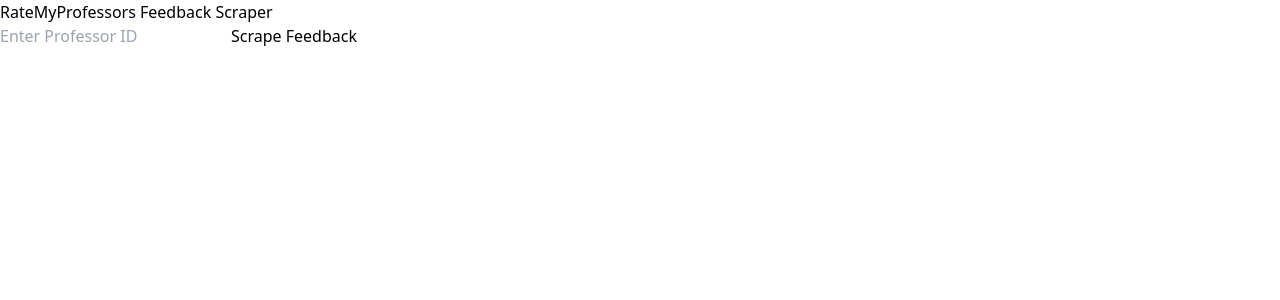
Repository: rakeshpuppala2590/Rate-my-professor
Page: /professor
These files come from the project's save history. The page is drawn as it stood at one moment and after the next save; the edit follows.
The browser window is 1280 px wide. The pictures show the whole page.
The project was rebuilt for these pictures with package versions that can differ from the ones it lists, and the page was loaded fresh each time. Some packages were replaced by stand-ins written for this rebuild. The framework's server and built-in components were replaced by stand-ins that run in the browser. Also part of the build but not shown: next.config.mjs, app/components/Navbar.js, app/components/Hero.js.

Above is the page before, as saved 2024-08-23 13:34:57.

After the next save:
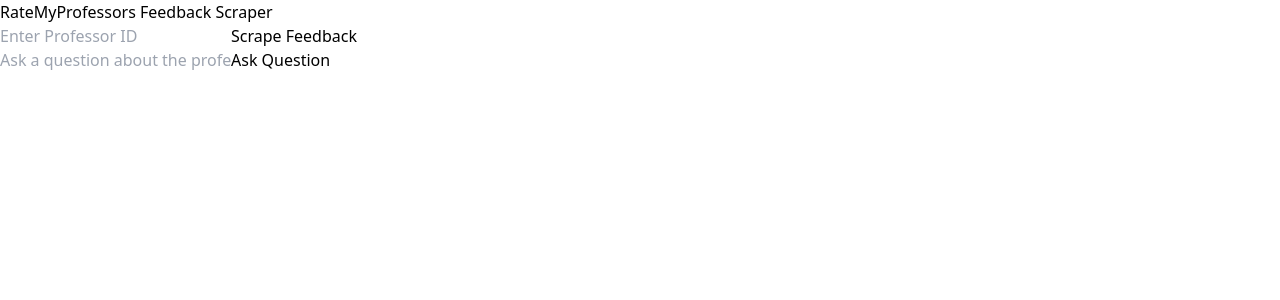
Saved 3 min 18 s later.
--- a/app/professor/page.js
+++ b/app/professor/page.js
@@ -4,8 +4,11 @@
 
 export default function Home() {
   const [professorId, setProfessorId] = useState("");
+  const [userQuery, setUserQuery] = useState("");
+  const [answer, setAnswer] = useState("");
   const [error, setError] = useState(null);
   const [isLoading, setIsLoading] = useState(false);
+  const [isQuerying, setIsQuerying] = useState(false);
 
   const handleSubmit = async () => {
     if (!professorId.trim()) {
@@ -99,19 +102,69 @@
     }
   };
 
+  const handleQuery = async () => {
+    if (!userQuery.trim()) {
+      setError("Please enter a question.");
+      return;
+    }
+
+    setIsQuerying(true);
+    setError(null);
+    try {
+      const response = await fetch("/api/query-professor", {
+        method: "POST",
+        headers: {
+          "Content-Type": "application/json",
+        },
+        body: JSON.stringify({ userQuery }),
+      });
+
+      if (!response.ok) {
+        throw new Error(`HTTP error! status: ${response.status}`);
+      }
+
+      const data = await response.json();
+      setAnswer(data);
+    } catch (err) {
+      console.error("Error:", err.message);
+      setError(err.message);
+    } finally {
+      setIsQuerying(false);
+    }
+  };
+
   return (
     <div>
       <h1>RateMyProfessors Feedback Scraper</h1>
-      <input
-        type="text"
-        value={professorId}
-        onChange={(e) => setProfessorId(e.target.value)}
-        placeholder="Enter Professor ID"
-      />
-      <button onClick={handleSubmit} disabled={isLoading}>
-        {isLoading ? "Scraping..." : "Scrape Feedback"}
-      </button>
+      <div>
+        <input
+          type="text"
+          value={professorId}
+          onChange={(e) => setProfessorId(e.target.value)}
+          placeholder="Enter Professor ID"
+        />
+        <button onClick={handleSubmit} disabled={isLoading}>
+          {isLoading ? "Scraping..." : "Scrape Feedback"}
+        </button>
+      </div>
+      <div>
+        <input
+          type="text"
+          value={userQuery}
+          onChange={(e) => setUserQuery(e.target.value)}
+          placeholder="Ask a question about the professor"
+        />
+        <button onClick={handleQuery} disabled={isQuerying}>
+          {isQuerying ? "Querying..." : "Ask Question"}
+        </button>
+      </div>
       {error && <p style={{ color: "red" }}>Error: {error}</p>}
+      {answer && (
+        <div>
+          <h2>Answer:</h2>
+          <p>{answer}</p>
+        </div>
+      )}
     </div>
   );
 }
